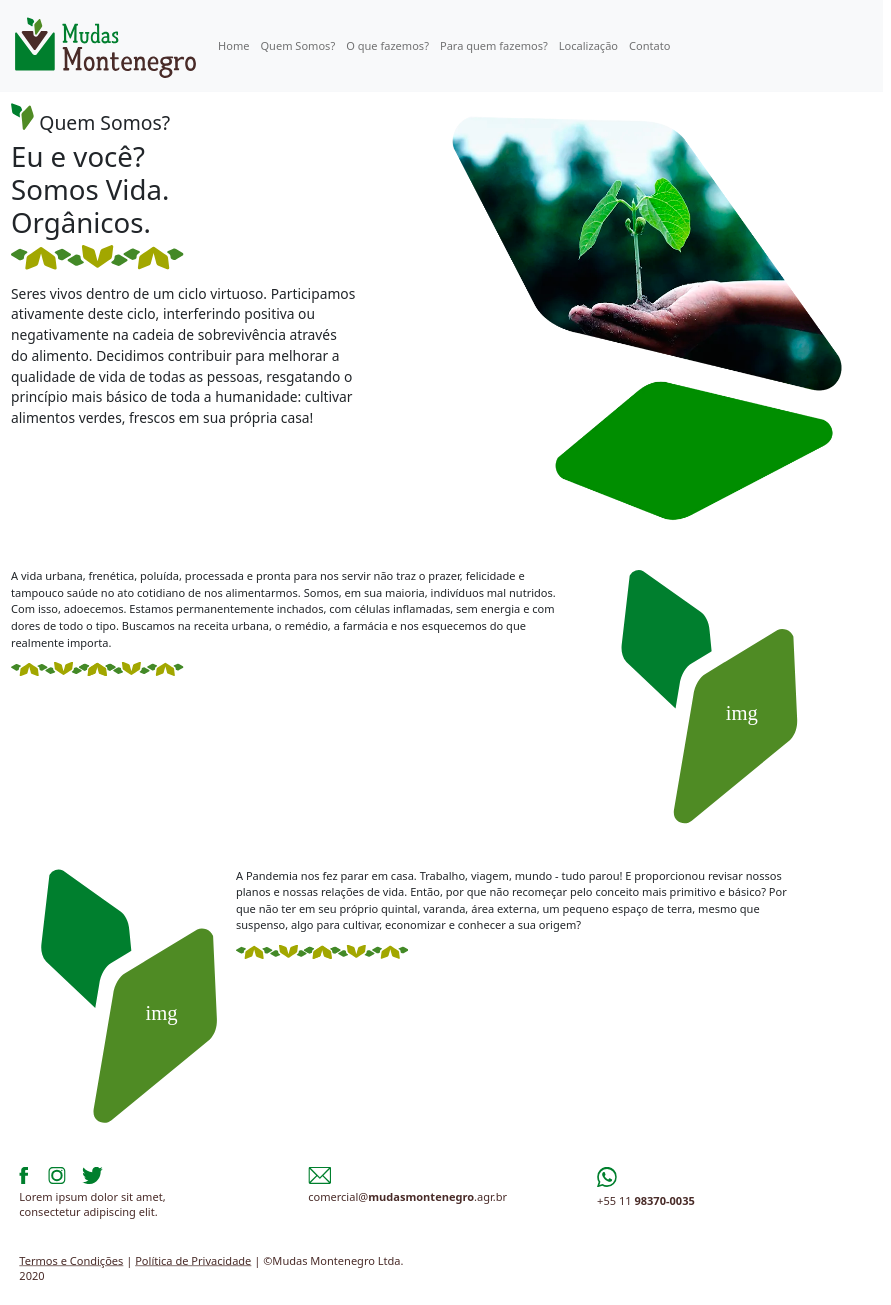
Repository: MaKnok/mudas-montenegro
Page: quem-somos.html
The author's editor kept a copy of each file at every save. The page is drawn from the files as they stood at one save, then again after the next save.
The browser window is 1280 px wide. The page is 1280 px wide, then 1292 px, so the pictures cover 1292 px, including what lies to the right of the window. The pictures show the whole page, at 69% of full size.
Some web libraries are served in a nearby version.

Above is the page before, as saved 2021-06-17 12:51:17.

After the next save:
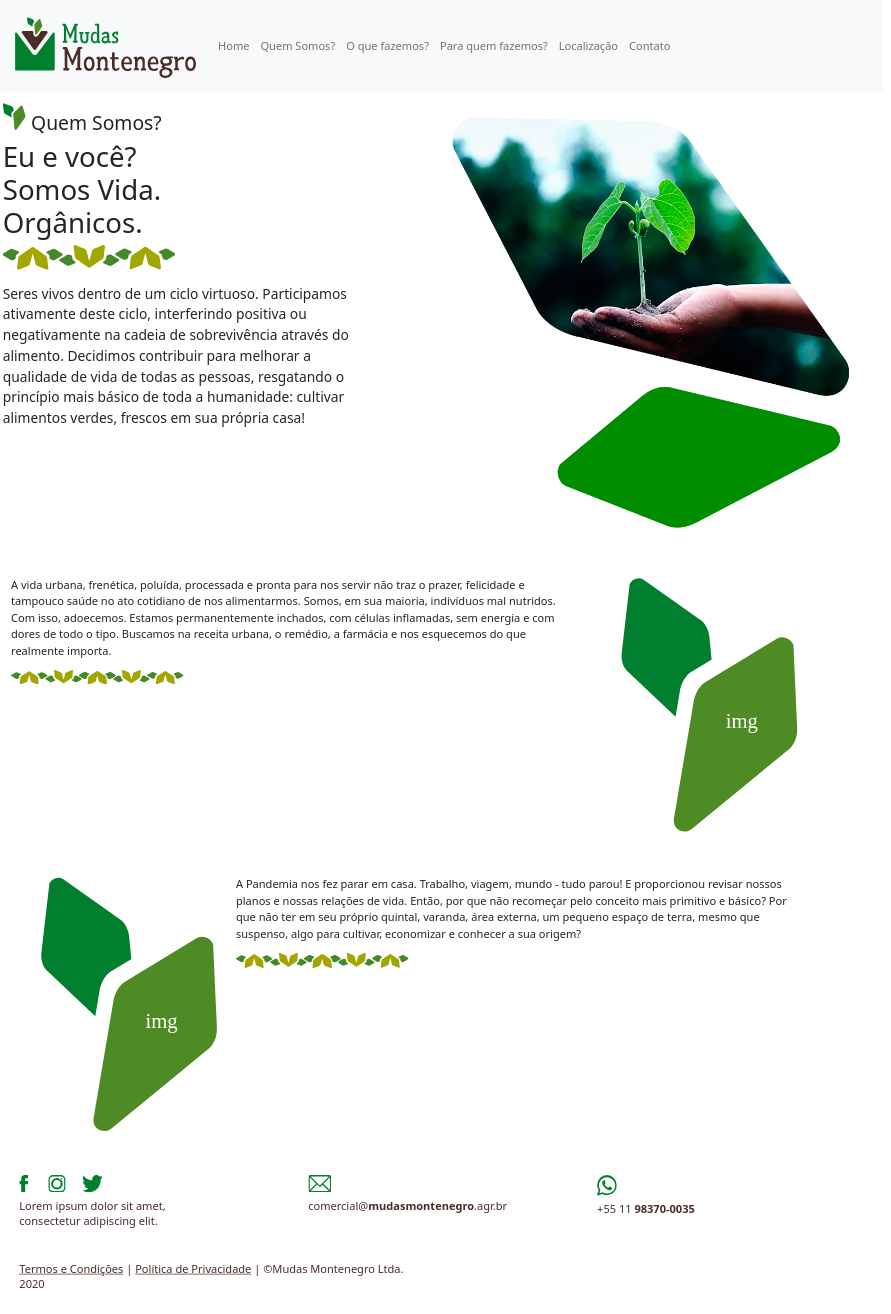
Saved 115 s later.
--- a/quem-somos.html
+++ b/quem-somos.html
@@ -54,10 +54,7 @@
 <!--- Intro -->
 
 
-
-  <div class="container-fluid">
-
-    <div class="row jumbotron section-top">
+<div class="row jumbotron section-top">
 
       <div class="col-xs-12 col-sm-12 col-md-4 col-lg-4 col-xl-5 content-top">
 
@@ -87,9 +84,9 @@
 
       </div>
 
-    </div>
+</div>
 
-  </div>
+
 
 
   <div class="container-fluid padding">
